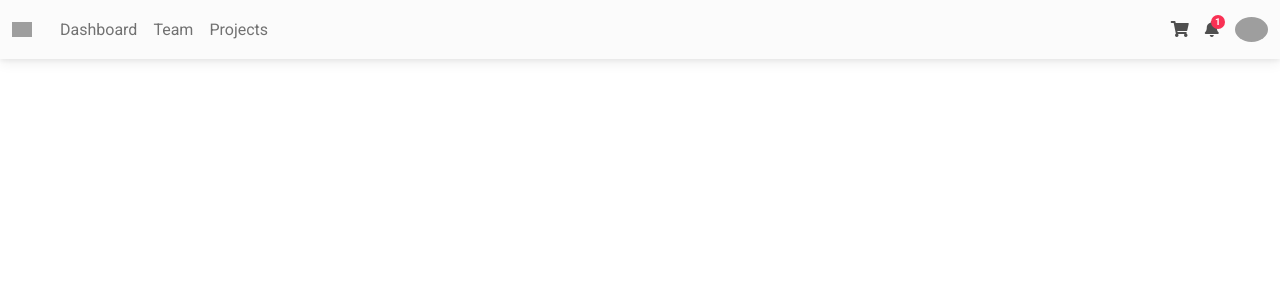
Repository: TzStrikerYT/Bit-Games
Page: index.html
These files come from the project's save history. The page is drawn as it stood at one moment and after the next save; the edit follows.
The browser window is 1280 px wide. The pictures show the whole page.
Pictures or frames that could not be fetched are drawn as grey boxes.

Above is the page before, as saved 2021-12-09 19:44:22.

After the next save:
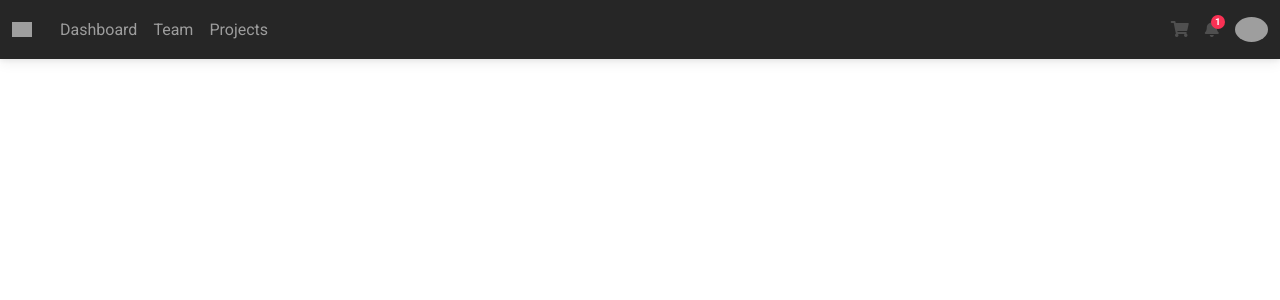
Saved 43 s later.
--- a/index.html
+++ b/index.html
@@ -24,7 +24,7 @@
   </head>
   <body>
     <!-- Navbar -->
-    <nav class="navbar navbar-expand-lg navbar-light bg-light">
+    <nav class="navbar navbar-expand-md navbar-dark bg-dark">
       <!-- Container wrapper -->
       <div class="container-fluid">
         <!-- Toggle button -->
